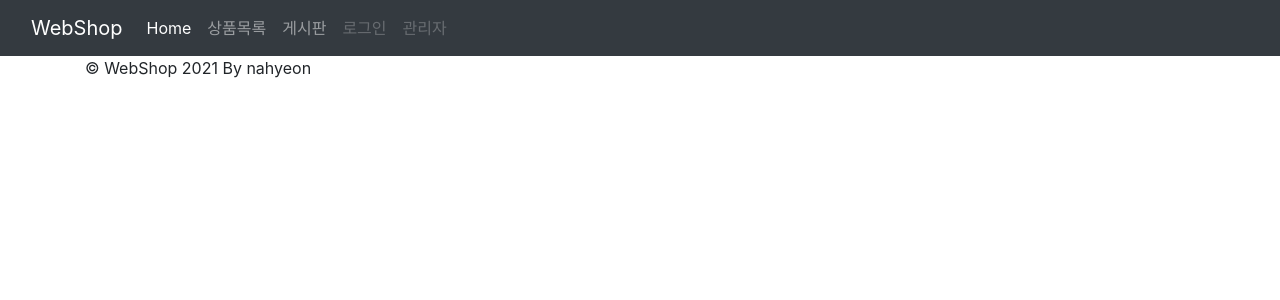
Repository: HimNahyeon/devClassBackup
Page: http://localhost/WebShop/product/products.jsp
The author's editor kept a copy of each file at every save. The page is drawn from the files as they stood at one save, then again after the next save.
The browser window is 1280 px wide. The pictures show the whole page.
The page is served by Tomcat 9. Other server files are loaded and not shown.

Above is the page before, as saved 2021-11-03 02:35:16.

### jsp/WebShop/WebContent/product/products.jsp
<%@ page language="java" contentType="text/html; charset=UTF-8"
    pageEncoding="UTF-8"%>
<link rel="stylesheet" href="https://stackpath.bootstrapcdn.com/bootstrap/4.3.1/css/bootstrap.min.css" integrity="sha384-ggOyR0iXCbMQv3Xipma34MD+dH/1fQ784/j6cY/iJTQUOhcWr7x9JvoRxT2MZw1T" crossorigin="anonymous">
<!DOCTYPE html>
<html>
<head>
<meta charset="UTF-8">
<title>Insert title here</title>
</head>
<body>
	<jsp:include page="../header.jsp"></jsp:include>
	<jsp:include page="../footer.jsp"></jsp:include>
</body>
</html>

### jsp/WebShop/WebContent/header.jsp
<%@ page language="java" contentType="text/html; charset=UTF-8"
    pageEncoding="UTF-8"%>
<link rel="stylesheet" href="https://stackpath.bootstrapcdn.com/bootstrap/4.3.1/css/bootstrap.min.css" integrity="sha384-ggOyR0iXCbMQv3Xipma34MD+dH/1fQ784/j6cY/iJTQUOhcWr7x9JvoRxT2MZw1T" crossorigin="anonymous">

<nav class="navbar navbar-expand-lg navbar-dark bg-dark">
  <div class="container-fluid">
    <a class="navbar-brand" href="#">WebShop</a>
    <button class="navbar-toggler" type="button" data-bs-toggle="collapse" data-bs-target="#navbarNav" aria-controls="navbarNav" aria-expanded="false" aria-label="Toggle navigation">
      <span class="navbar-toggler-icon"></span>
    </button>
    <div class="collapse navbar-collapse" id="navbarNav">
      <ul class="navbar-nav">
        <li class="nav-item">
          <a class="nav-link active" aria-current="page" href="#">Home</a>
        </li>
        <li class="nav-item">
          <a class="nav-link" href="#">상품목록</a>
        </li>
        <li class="nav-item">
          <a class="nav-link" href="#">게시판</a>
        </li>
        <li class="nav-item">
          <a class="nav-link disabled">로그인</a>
        </li>
        <li class="nav-item">
          <a class="nav-link disabled">관리자</a>
        </li>
      </ul>
    </div>
  </div>
</nav>

### jsp/WebShop/WebContent/footer.jsp
<%@ page language="java" contentType="text/html; charset=UTF-8"
    pageEncoding="UTF-8"%>
<link rel="stylesheet" href="https://stackpath.bootstrapcdn.com/bootstrap/4.3.1/css/bootstrap.min.css" integrity="sha384-ggOyR0iXCbMQv3Xipma34MD+dH/1fQ784/j6cY/iJTQUOhcWr7x9JvoRxT2MZw1T" crossorigin="anonymous">

<footer class="container">
	<p>&copy; WebShop 2021 By nahyeon</p>
</footer>

After the next save:
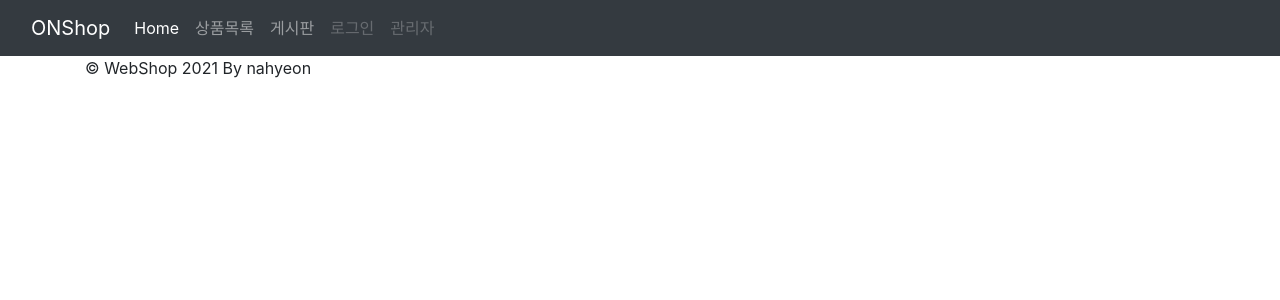
Saved 42 s later.
--- a/jsp/WebShop/WebContent/header.jsp
+++ b/jsp/WebShop/WebContent/header.jsp
@@ -4,7 +4,7 @@
 
 <nav class="navbar navbar-expand-lg navbar-dark bg-dark">
   <div class="container-fluid">
-    <a class="navbar-brand" href="#">WebShop</a>
+    <a class="navbar-brand" href="#">ONShop</a>
     <button class="navbar-toggler" type="button" data-bs-toggle="collapse" data-bs-target="#navbarNav" aria-controls="navbarNav" aria-expanded="false" aria-label="Toggle navigation">
       <span class="navbar-toggler-icon"></span>
     </button>
